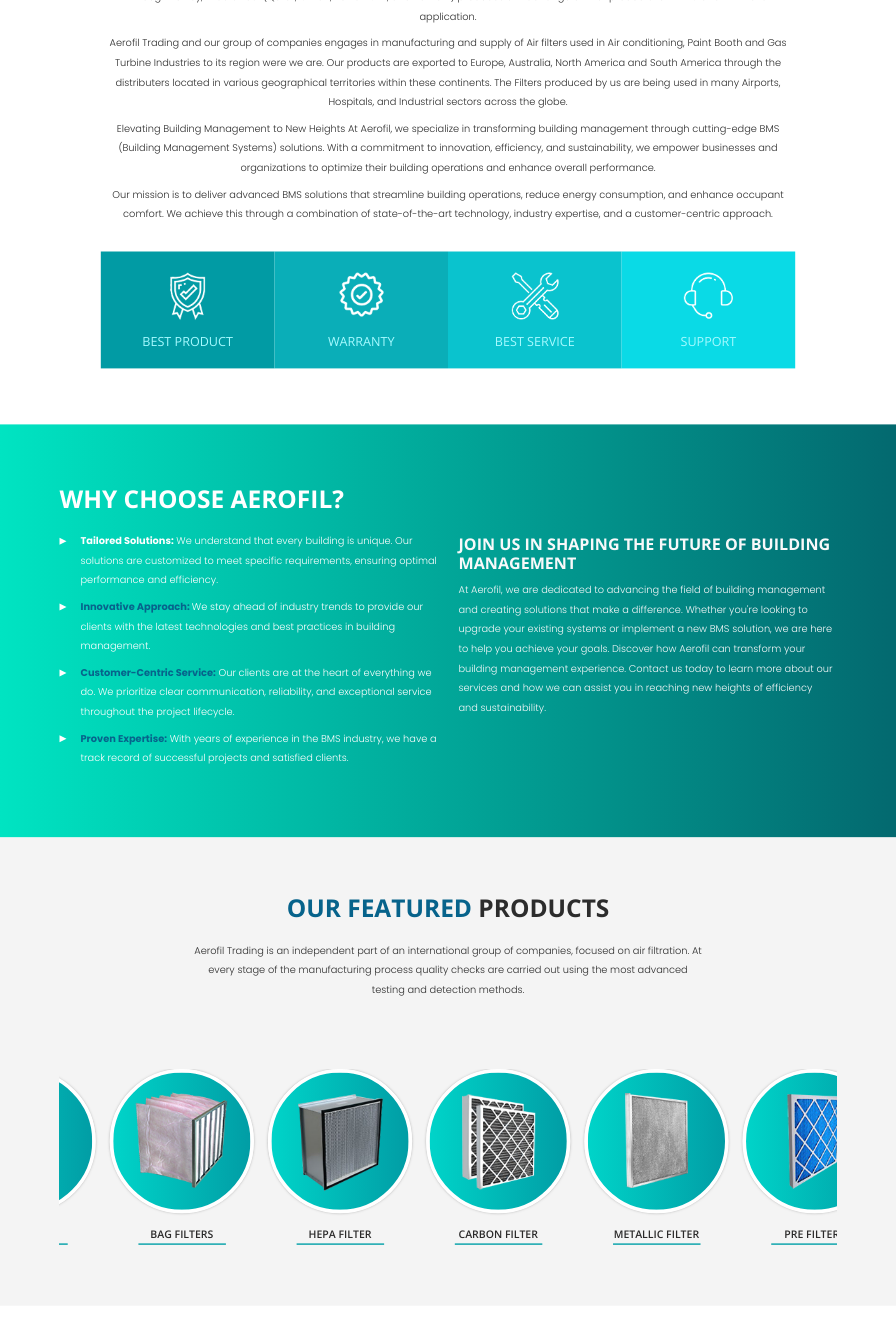
Repository: aslamvrtly/aerofil
Page: index.html
The author's editor kept a copy of each file at every save. The page is drawn from the files as they stood at one save, then again after a run of saves.
The browser window is 1280 px wide. The pictures show the part of the page from y = 936 to 2856 px (the page is 5238 px tall), at 70% of full size.

Above is the page before, as saved 2024-09-04 21:10:37.

After the next 2 saves:
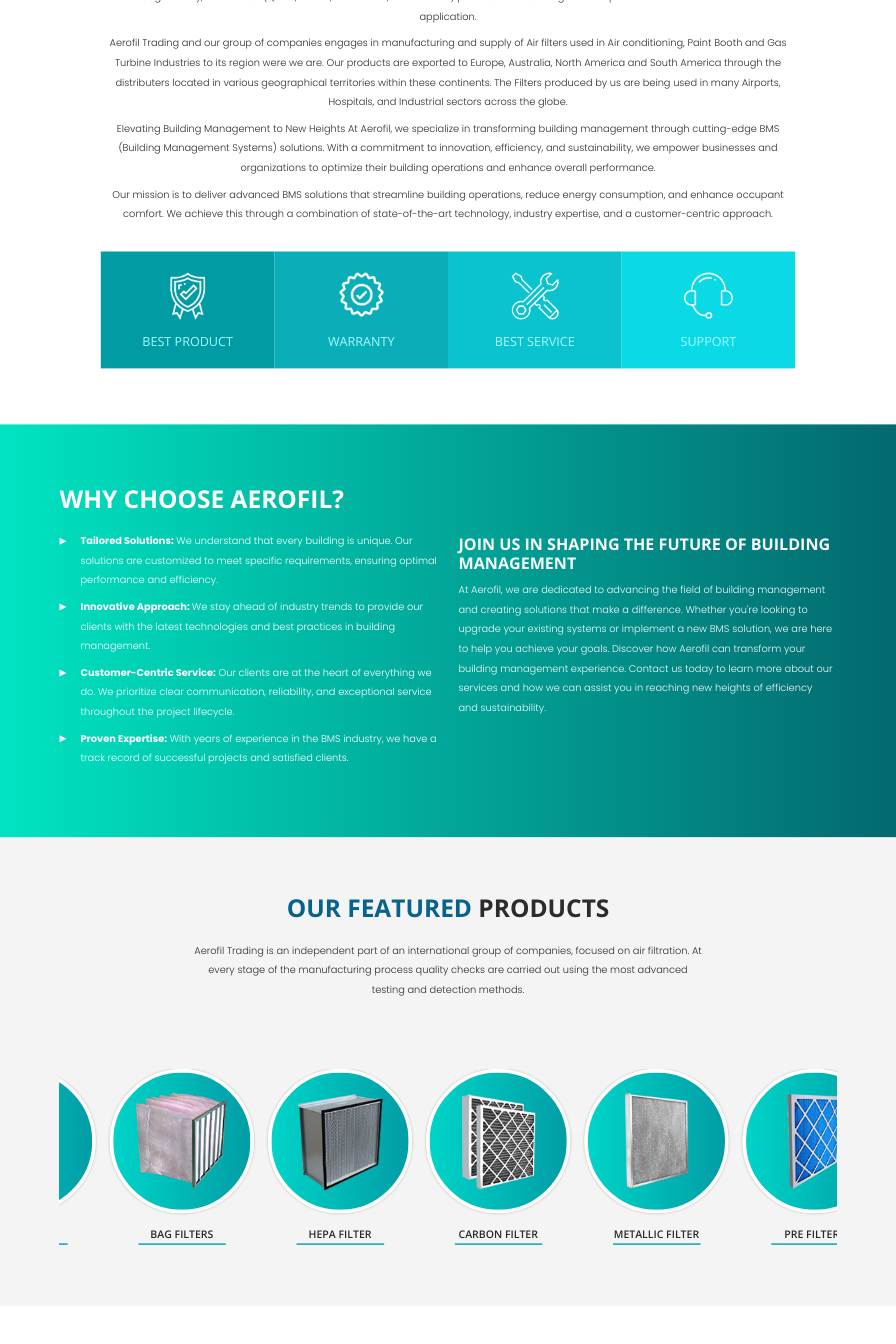
The 2 saves are shown as one change because they came seconds apart.
The last was saved 7 s later.
--- a/index.html
+++ b/index.html
@@ -241,15 +241,15 @@
 							building is unique. Our solutions are customized to meet specific requirements, ensuring
 							optimal performance and efficiency.
 						</li>
-						<li><span class="font-weight-bold">Innovative Approach: </span>We stay ahead of
+						<li><span class="font-weight-bold text-white">Innovative Approach: </span>We stay ahead of
 							industry trends to provide our clients with the latest technologies and best practices in
 							building management.
 						</li>
-						<li><span class="font-weight-bold">Customer-Centric Service:</span> Our clients are at
+						<li><span class="font-weight-bold text-white">Customer-Centric Service:</span> Our clients are at
 							the heart of everything we do. We prioritize clear communication, reliability, and
 							exceptional service throughout the project lifecycle.
 						</li>
-						<li><span class="font-weight-bold">Proven Expertise:</span> With years of experience
+						<li><span class="font-weight-bold text-white">Proven Expertise:</span> With years of experience
 							in the BMS industry, we have a track record of successful projects and satisfied clients.
 						</li>
 					</ul>
